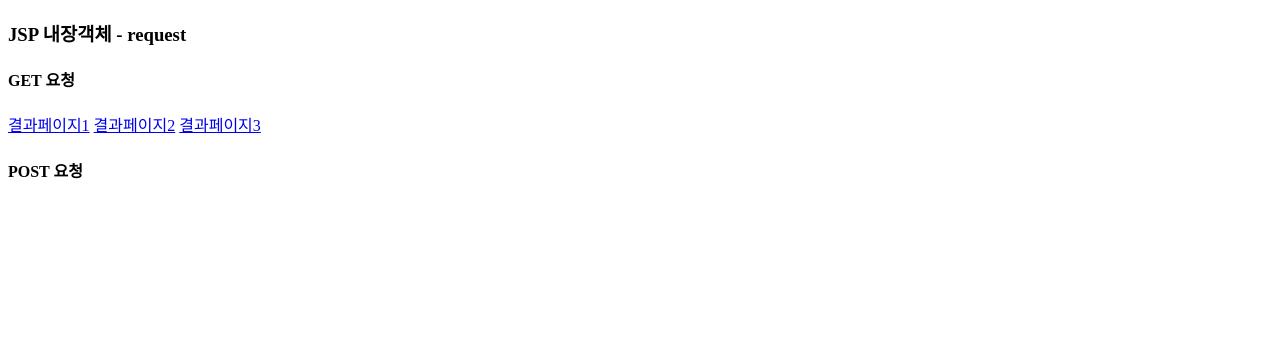
Repository: cms8474/JSP
Page: http://localhost/ch03/1_request.jsp
The author's editor kept a copy of each file at every save. The page is drawn from the files as they stood at one save, then again after the next save.
The browser window is 1280 px wide. The pictures show the whole page.
The page is served by Tomcat 9.

Above is the page before, as saved 2025-07-28 03:15:40.

### ch03/src/main/webapp/1_request.jsp
<%@ page language="java" contentType="text/html; charset=UTF-8"  pageEncoding="UTF-8"%>
<!DOCTYPE html>
<html>
	<head>
		<meta charset="UTF-8">
		<title>JSP 내장객체 = request</title>
		<!--
		20250728
		최민수
		JSP 내장객체 request 실습 -->

	</head>

	<body>
		<h3>JSP 내장객체 - request</h3>

		<h4>GET 요청</h4>
			<a href="./proc/result1.jsp?uid=a101"> 결과페이지1</a>
			<a href="./proc/result1.jsp?uid=a102&name=홍길동"> 결과페이지2</a>
			<a href="./proc/result1.jsp?uid=a103&name=김유신&age=23"> 결과페이지3</a>






		<h4>POST 요청</h4>


	</body>
</html>

After the next save:
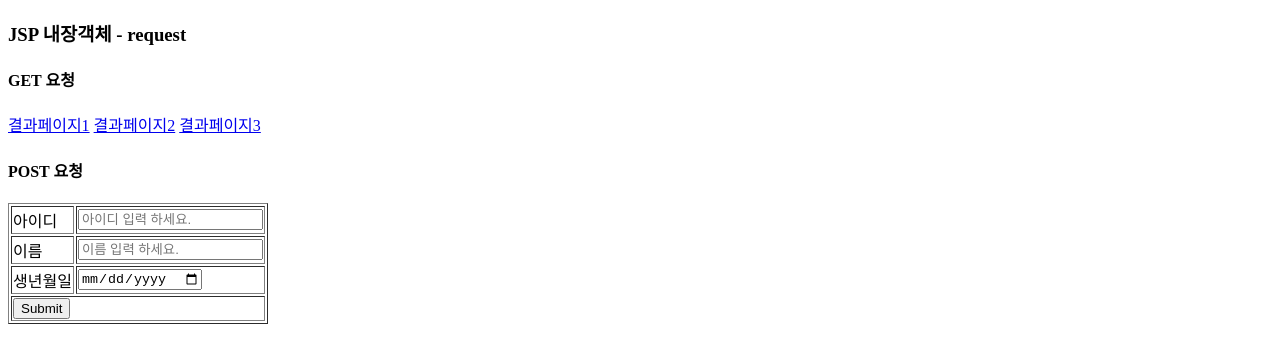
Saved 8 min 45 s later.
--- a/ch03/src/main/webapp/1_request.jsp
+++ b/ch03/src/main/webapp/1_request.jsp
@@ -25,6 +25,27 @@
 
 
 		<h4>POST 요청</h4>
+		<form action="" method="post">
+			<table border="1">
+				<tr>
+					<td>아이디</td>
+					<td><input type="text" name="uid" placeholder="아이디 입력 하세요."/></td>
+				</tr>
+				<tr>
+					<td>이름</td>
+					<td><input type="text" name="name" placeholder="이름 입력 하세요."/></td>
+				</tr>
+				<tr>
+					<td>생년월일</td>
+					<td><input type="date" name="birth" placeholder="생년월일 입력 하세요."/></td>
+				</tr>
+				<tr>
+					<td colspan="2 align="right">
+					<input type="submit" placeholder="전송하기"/>
+					</td>
+				</tr>
+			</table>
+		</form>
 
 
 	</body>
